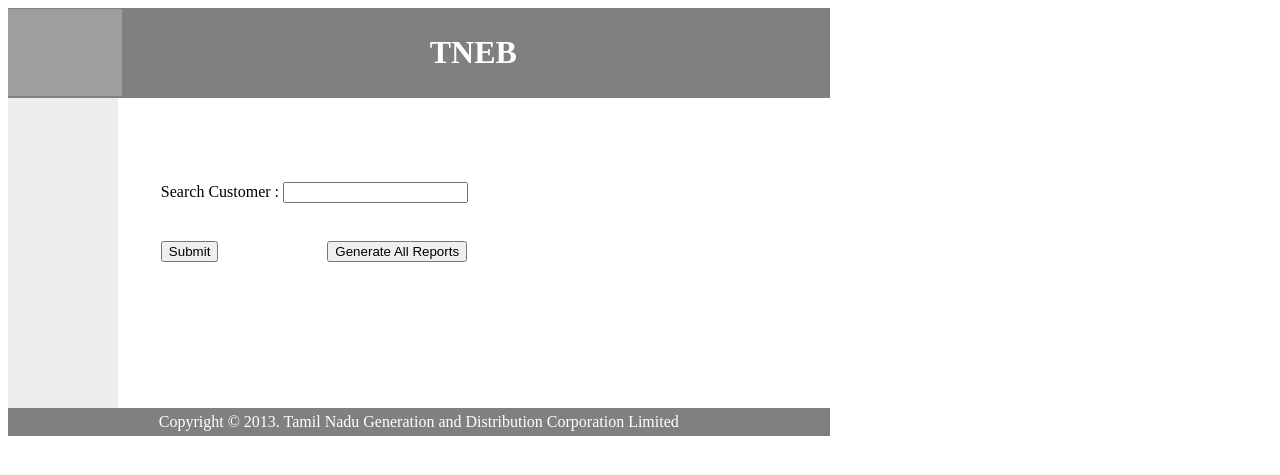
Repository: vjbrocode/Hackathon
Page: http://localhost/TNEB_billing/BillReport.jsp
An editor plug-in stored every save of this project. The page is shown before and after the next save, followed by the edit.
The browser window is 1280 px wide. The pictures show the whole page.
Pictures or frames that could not be fetched are drawn as grey boxes. The page is served by Tomcat 9.

Above is the page before, as saved 2015-07-03 00:45:38.

After the next save:
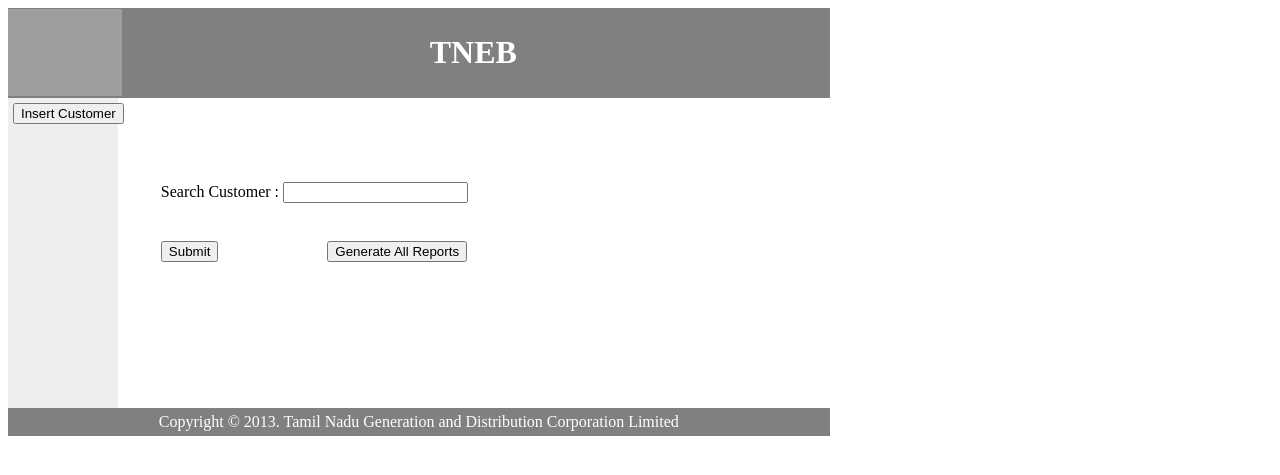
Saved 8 min 48 s later.
--- a/workspace-Pradeep/TNEB billing/WebContent/BillReport.jsp
+++ b/workspace-Pradeep/TNEB billing/WebContent/BillReport.jsp
@@ -47,7 +47,7 @@
             <h1>TNEB</h1>
          </div>
          <div id="nav">
-
+            <input type="button" value="Insert Customer" onclick="myfunction();">
          </div>
          <div id="section">
              Search Customer : <input type="text" value=""  name="report" />
